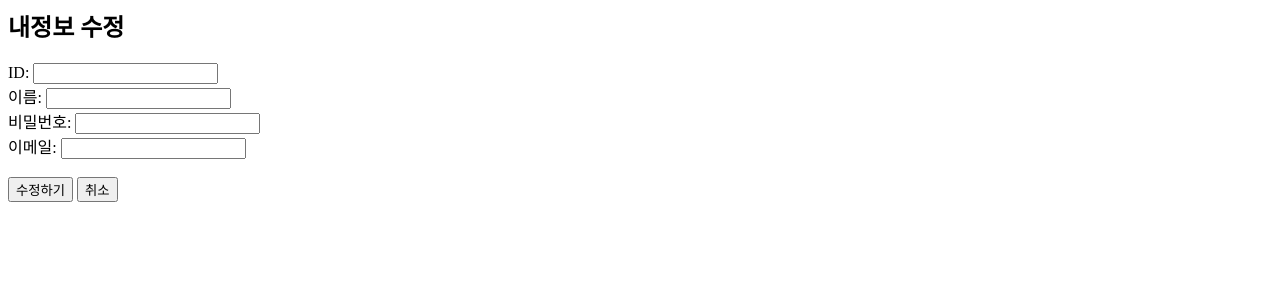
Repository: ejkim9090/FinalProject
Page: http://localhost/semiproject/myinfo
An editor plug-in stored every save of this project. The page is shown before and after the next save, followed by the edit.
The browser window is 1280 px wide. The pictures show the whole page.
The page is served by Tomcat 9. Other server files are loaded and not shown.

Above is the page before, as saved 2023-02-21 11:57:14.
Console error: SyntaxError: Unexpected token '{'

### java/semiproject/WebContent/WEB-INF/view/myinfo.jsp
<%@ page language="java" contentType="text/html; charset=UTF-8"
    pageEncoding="UTF-8"%>
<%@ taglib prefix="c" uri="http://java.sun.com/jsp/jstl/core" %>
<script src="https://code.jquery.com/jquery-3.6.3.js"></script>
<section>
	<h1>내정보 수정</h1>
		ID:
		<input type="text" value="${lgnss.id }" name="id">
		<br>
		이름:
		<input type="text" value="${lgnss.name }" name="name">
		<br>
		비밀번호:
		<input type="password" name="passwd" id="passwd">
		<span id="invaildChk"></span>
		<br>
		이메일:
		<input type="email" value="${lgnss.email }" name="email">
		<br><br>
		<button type="submit">수정하기</button>
		<button type="button" class="btn main">취소</button>
</section>
<script>
	$("#passwd").on("input", invalidChkPasswd);

	function invalidChkPasswd {
		let pass = $("#passwd").val();

		if(pass.length < 5) {
			$("#invaildChk").html("패스워드가 5글자 이하입니다. 5글자 이상으로 작성해 주세요.");
			$("#invaildChk").css("color", "red");
		} else {
			$("#invaildChk").html("패스워드가 5글자 이상입니다.");
			$("#invaildChk").css("color", "green");
		}
	}
</script>

### java/semiproject/src/kr/common/controller/MyinfoController.java
package kr.common.controller;

import java.io.IOException;
import java.util.List;

import javax.servlet.ServletException;
import javax.servlet.annotation.WebServlet;
import javax.servlet.http.HttpServlet;
import javax.servlet.http.HttpServletRequest;
import javax.servlet.http.HttpServletResponse;
import javax.servlet.http.HttpSession;
import javax.websocket.Session;

import kr.common.member.model.service.MemberService;
import kr.common.member.model.vo.MemberVo;

/**
 * Servlet implementation class MyinfoController
 */
@WebServlet("/myinfo")
public class MyinfoController extends HttpServlet {
	private static final long serialVersionUID = 1L;

    /**
     * @see HttpServlet#HttpServlet()
     */
    public MyinfoController() {
        super();
        // TODO Auto-generated constructor stub
    }

	/**
	 * @see HttpServlet#doGet(HttpServletRequest request, HttpServletResponse response)
	 */
	protected void doGet(HttpServletRequest request, HttpServletResponse response) throws ServletException, IOException {
		request.getRequestDispatcher("/WEB-INF/view/myinfo.jsp").forward(request, response);

	}

}

After the next save:
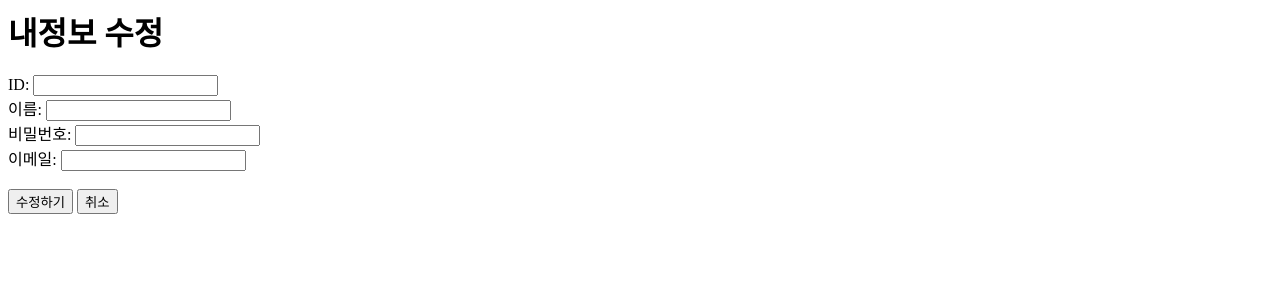
Saved 3 min 35 s later.
--- a/java/semiproject/WebContent/WEB-INF/view/myinfo.jsp
+++ b/java/semiproject/WebContent/WEB-INF/view/myinfo.jsp
@@ -2,7 +2,13 @@
     pageEncoding="UTF-8"%>
 <%@ taglib prefix="c" uri="http://java.sun.com/jsp/jstl/core" %>
 <script src="https://code.jquery.com/jquery-3.6.3.js"></script>
-<section>
+<!DOCTYPE html>
+<head>
+<meta charset="UTF-8"">
+<title>내정보 수정</title>
+<script src="https://code.jquery.com/jquery-3.6.3.js"></script>
+</head>
+<body>
 	<h1>내정보 수정</h1>
 		ID:
 		<input type="text" value="${lgnss.id }" name="id">
@@ -19,7 +25,6 @@
 		<br><br>
 		<button type="submit">수정하기</button>
 		<button type="button" class="btn main">취소</button>
-</section>
 <script>
 	$("#passwd").on("input", invalidChkPasswd);
 
@@ -35,3 +40,5 @@
 		}
 	}
 </script>
+</body>
+</html>
